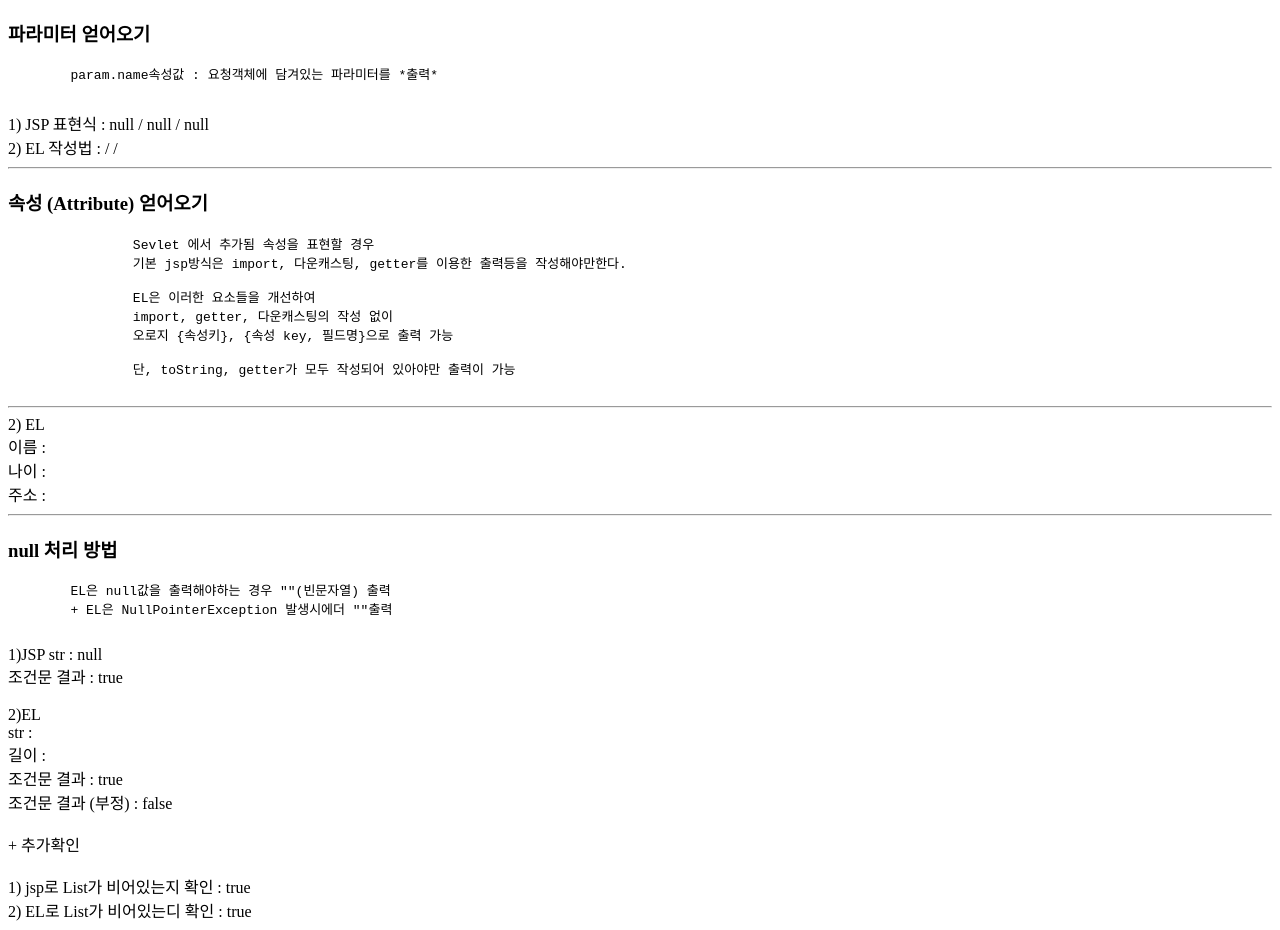
Repository: Seenee-Shin/servlet-jsp
Page: http://localhost/JSPProject/WEB-INF/views/EL/result.jsp
An editor plug-in stored every save of this project. The page is shown before and after the next save, followed by the edit.
The browser window is 1280 px wide. The pictures show the whole page.
The page is served by Tomcat 9. Nobody is signed in. The template is opened directly, without the code that normally fills it, so the values that code supplies are empty.

Above is the page before, as saved 2021-11-29 07:22:36.

After the next save:
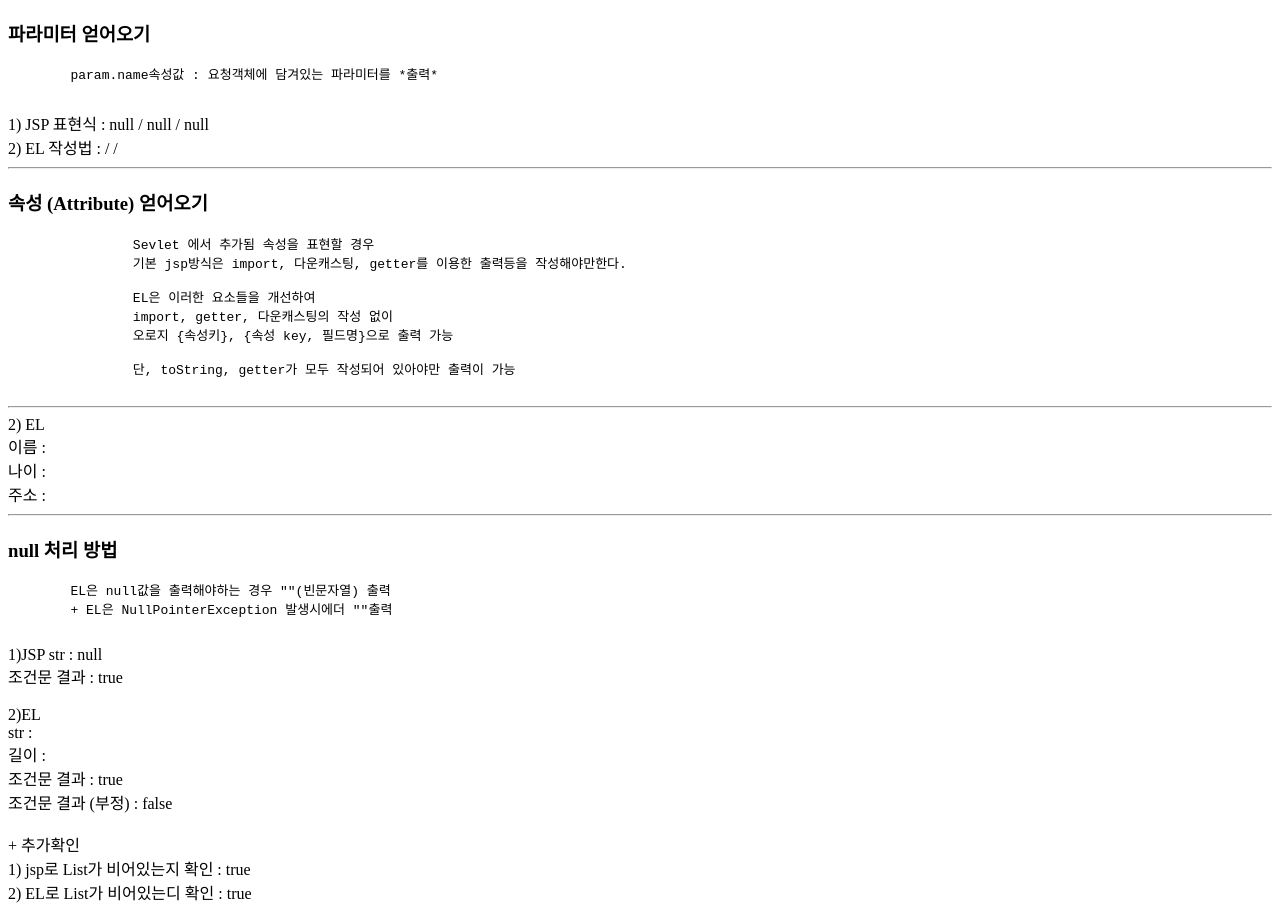
Saved 9 s later.
--- a/JSPProject/src/main/webapp/WEB-INF/views/EL/result.jsp
+++ b/JSPProject/src/main/webapp/WEB-INF/views/EL/result.jsp
@@ -75,7 +75,7 @@
 	조건문 결과 : ${empty param.str} <br>
 	조건문 결과 (부정) : ${!empty param.str}
 	<br> <br>
-	+ 추가확인 <br>
+	+ 추가확인
 	<% List<String> list = new ArrayList<String>(); %><br>
 	1) jsp로 List가 비어있는지 확인 : <%= list.isEmpty() %> <br>
 	2) EL로 List가 비어있는디 확인 : ${empty list }
